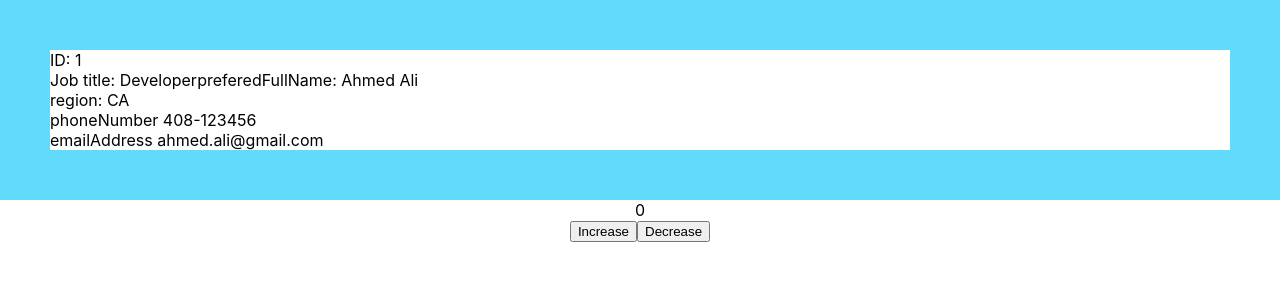
Repository: walaaElbasha/React-Counter
Page: /
An editor plug-in stored every save of this project. The page is shown before and after the next save, followed by the edit.
The browser window is 1280 px wide. The pictures show the whole page.
The project was rebuilt for these pictures with package versions that can differ from the ones it lists, and the page was loaded fresh each time.

Above is the page before, as saved 2021-04-25 18:20:46.

### public/index.html
<!DOCTYPE html>
<html lang="en">
  <head>
    <title>React App</title>
  </head>
  <body>
    <noscript>You need to enable JavaScript to run this app.</noscript>
    <div id="root"></div>

  </body>
</html>

### src/App.js
import logo from './logo.svg';
import './App.css';
import React from 'react';

class App extends React.Component{
  render(){
    return(<div>
      <Dataviewer></Dataviewer>
      <Counter></Counter>
      </div>
      )

  }
}
class Counter extends React.Component{
  constructor(){
      super();
      this.state={
        count:0
      }
   }
  increase=()=>{
    this.setState({count:this.state.count+1})

  }
  decrease=()=>{
    this.setState({count:this.state.count-1})

  }

  render(){
  return (
    //JSX code w babel by7awlo js
    //bs b3d ma 7tet render khleto html
    <div className="App">
      <div>
        {this.state.count }
      </div>
      <button onClick={this.increase}>Increase</button>
      <button onClick={this.decrease}>Decrease</button>
    </div>
    );
  }
}

class Dataviewer extends React.Component{
  constructor(){
    super();
    this.state={
      id:1,
      jobTitleName:"Developer",
      preferedFullName:"Ahmed Ali",
      replaceemployeeCode:"E1",
      region:"CA",
      phoneNumber:"408-123456",
      emailAddress:"ahmed.ali@gmail.com",
    }
  }
  render(){
    return(
      <div class="box"  >
         ID: {this.state.id}
         <br></br>
         Job title: {this.state.jobTitleName}
         preferedFullName: {this.state.preferedFullName}
         <br></br>
         region: {this.state.region}
         <br></br>
         phoneNumber {this.state.phoneNumber}
         <br></br>
         emailAddress {this.state.emailAddress}
      </div>
    )
  }
}
export default App;

### src/App.css
.App {
  text-align: center;
}

.App-logo {
  height: 40vmin;
  pointer-events: none;
}

@media (prefers-reduced-motion: no-preference) {
  .App-logo {
    animation: App-logo-spin infinite 20s linear;
  }
}

.App-header {
  background-color: #282c34;
  min-height: 100vh;
  display: flex;
  flex-direction: column;
  align-items: center;
  justify-content: center;
  font-size: calc(10px + 2vmin);
  color: white;
}

.App-link {
  color: #61dafb;
}

@keyframes App-logo-spin {
  from {
    transform: rotate(0deg);
  }
  to {
    transform: rotate(360deg);
  }
}

.box{
border:#61dafb 50px solid

}

Loaded but not shown: src/index.js (common file); src/index.css (common file)

After the next save:
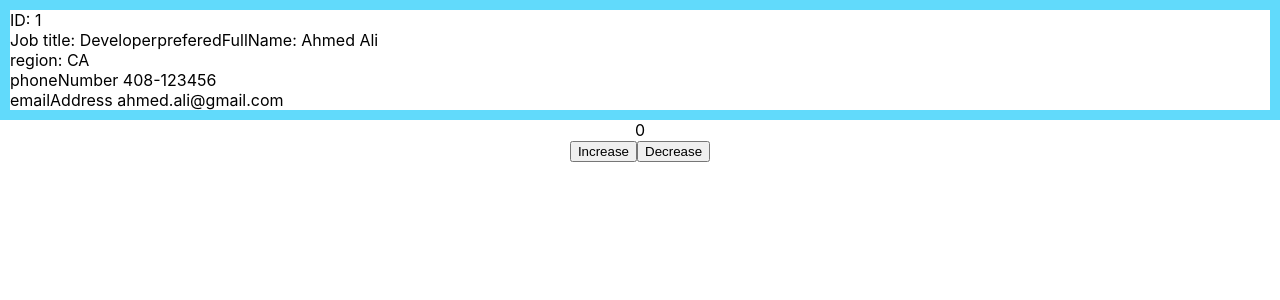
Saved 14 s later.
--- a/src/App.css
+++ b/src/App.css
@@ -38,6 +38,6 @@
 }
 
 .box{
-border:#61dafb 50px solid
+border:#61dafb 10px solid
 
 }
